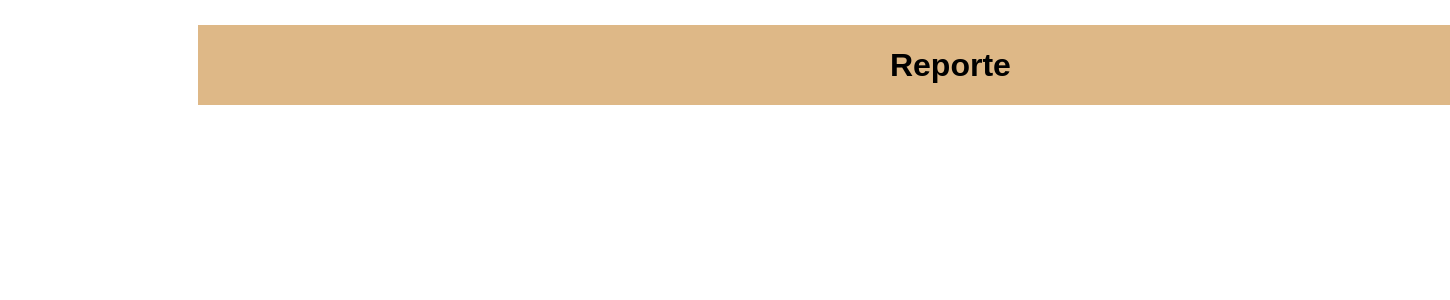
Repository: nathanvdev/LFP_PR_202001568
Page: plantilla.html
The author's editor kept a copy of each file at every save. The page is drawn from the files as they stood at one save, then again after the next save.
The browser window is 1280 px wide. The page is 1450 px wide, then 1280 px, so the pictures cover 1450 px, including what lies to the right of the window. The pictures show the whole page.

Above is the page before, as saved 2022-02-19 18:40:58.

After the next save:
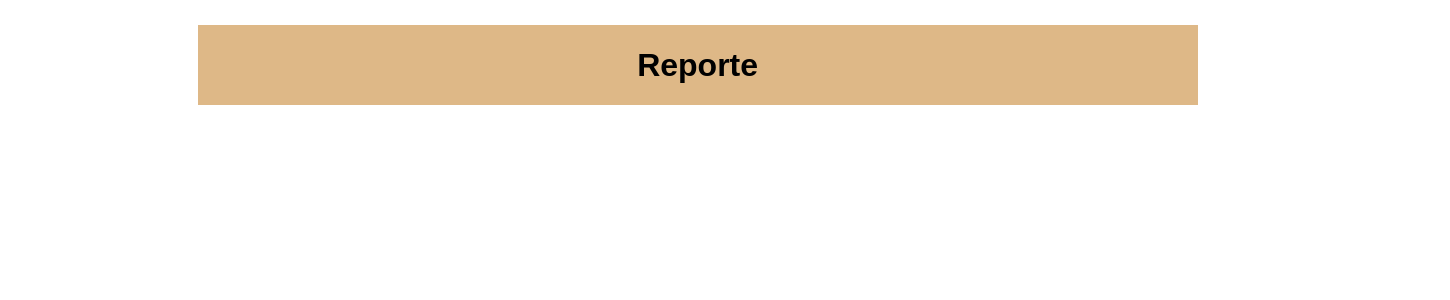
Saved 8 s later.
--- a/plantilla.html
+++ b/plantilla.html
@@ -17,7 +17,7 @@
         width: 1000px;
         margin: 2%;
         margin-left: 15%;
-        padding-left: 20%;
+
 
         display: flex;
         justify-content: center;
